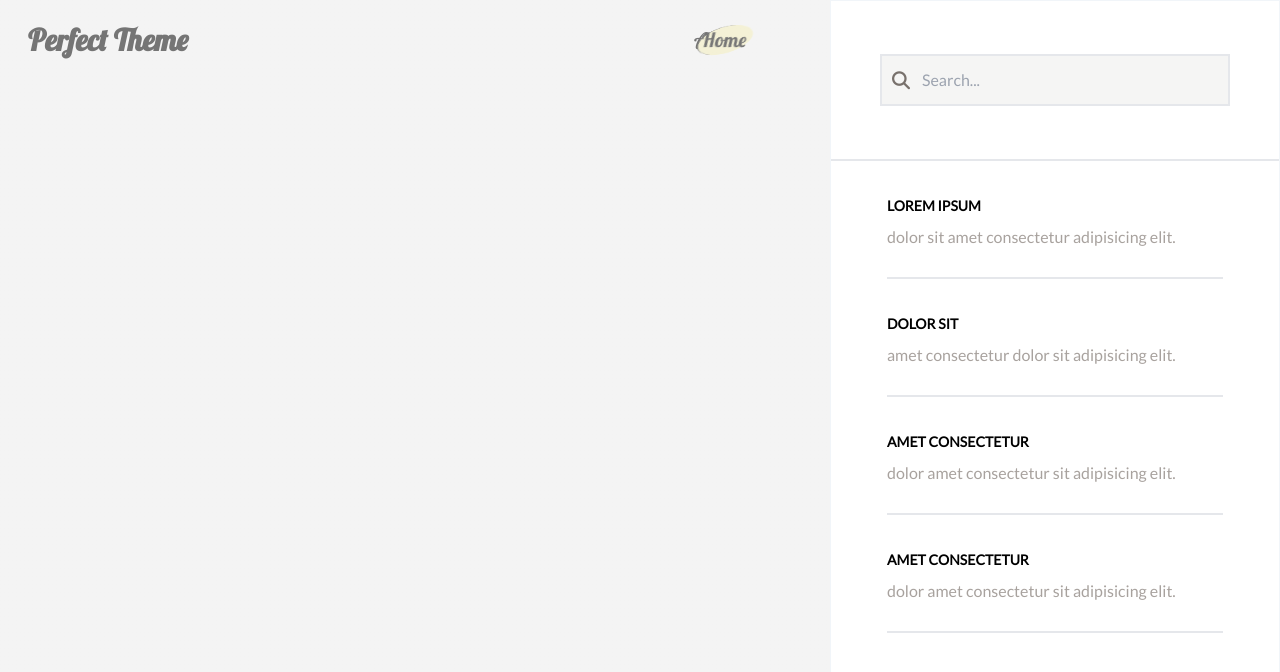
Repository: hsumyatm7308/laravel-blog
Page: blogweb/resources/views/blog/headerlayout.html
An editor plug-in stored every save of this project. The page is shown before and after the next save, followed by the edit.
The browser window is 1280 px wide. The pictures show the whole page.
Some web libraries are served in a nearby version.

Above is the page before, as saved 2023-09-04 19:28:55.

After the next save:
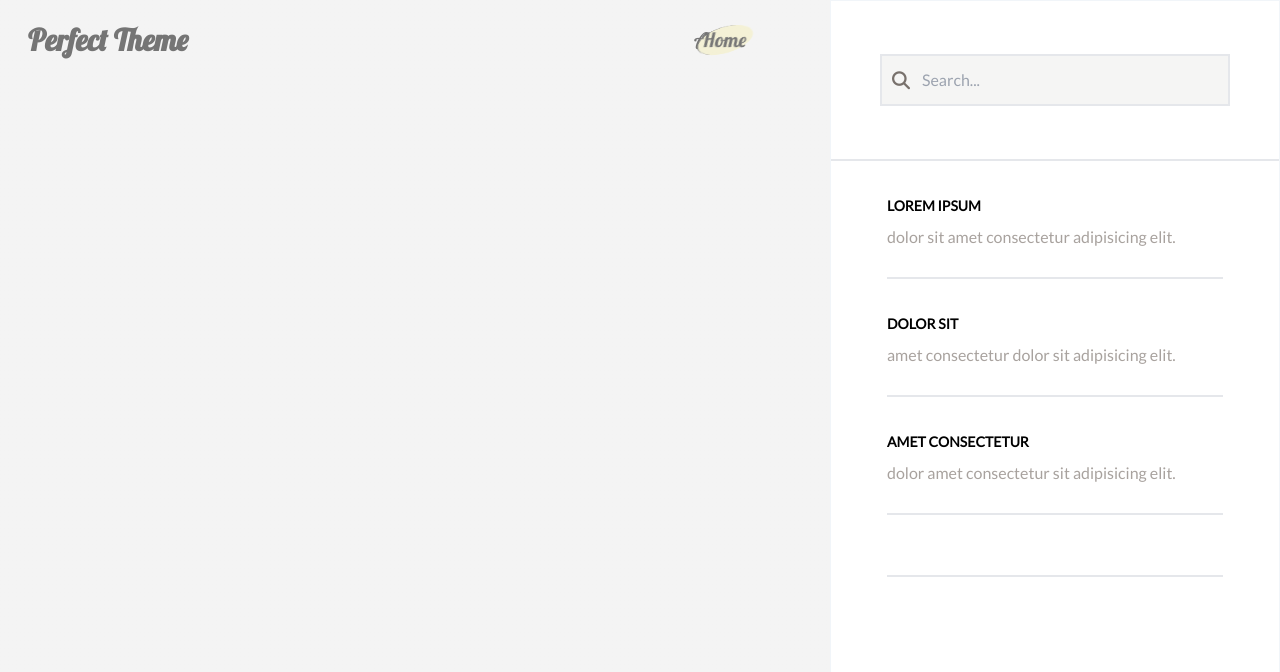
Saved 5 s later.
--- a/blogweb/resources/views/blog/headerlayout.html
+++ b/blogweb/resources/views/blog/headerlayout.html
@@ -169,8 +169,7 @@
 
                 <div class="px-14 py-4">
                     <li class="list-none border-b-2 pb-7">
-                        <a href="" class="uppercase text-sm font-semibold">amet consectetur </a>
-                        <p class="text-stone-400 mt-2"> dolor amet consectetur  sit adipisicing elit.</p>
+
 
                     </li>
                 </div>
